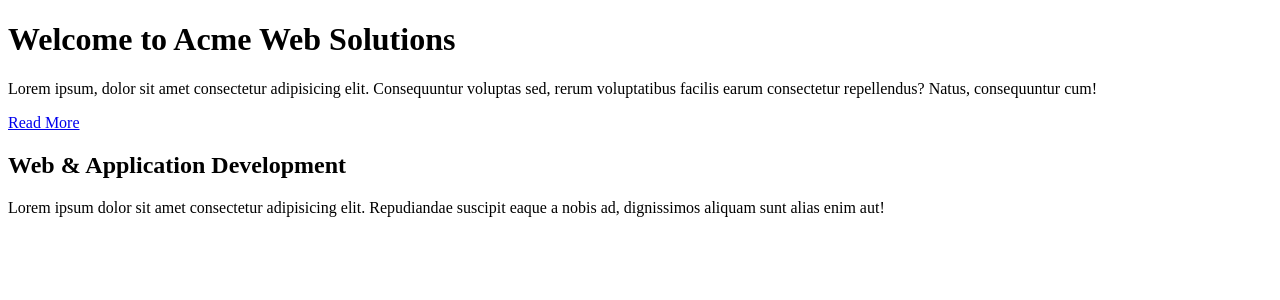
Repository: ErikBaer/MobileFirst
Page: index.html
An editor plug-in stored every save of this project. The page is shown before and after the next save, followed by the edit.
The browser window is 1280 px wide. The pictures show the whole page.

Above is the page before, as saved 2020-02-15 02:04:31.

### index.html
<!DOCTYPE html>
<html lang="en">
<head>
    <meta charset="UTF-8">
    <meta name="viewport" content="width=device-width, initial-scale=1.0">
    <title>Acme Web Solutions</title>
</head>
<body>
    <!--Header Showcase -->
   <header id="showcase" class="grid">
    <div class="bg-image"></div>
    <h1>Welcome to Acme Web Solutions</h1>
    <p>Lorem ipsum, dolor sit amet consectetur adipisicing elit.
         Consequuntur voluptas sed, rerum voluptatibus facilis
         earum consectetur repellendus? Natus, consequuntur cum!
        </p>
    <a href="#section-b" class="btn">Read More</a>
</header>

<!-- Main Area -->
<main id="main">
    <section id="section-a" class="grid">
        <div class="content-wrap">
            <h2 class="content-title">Web & Application Development</h2>
            <p>Lorem ipsum dolor sit amet consectetur adipisicing elit.
                Repudiandae suscipit eaque a nobis ad, dignissimos aliquam
                 sunt alias enim aut!</p>
        </div>

    </section>
</main>
</body>
</html>

After the next save:
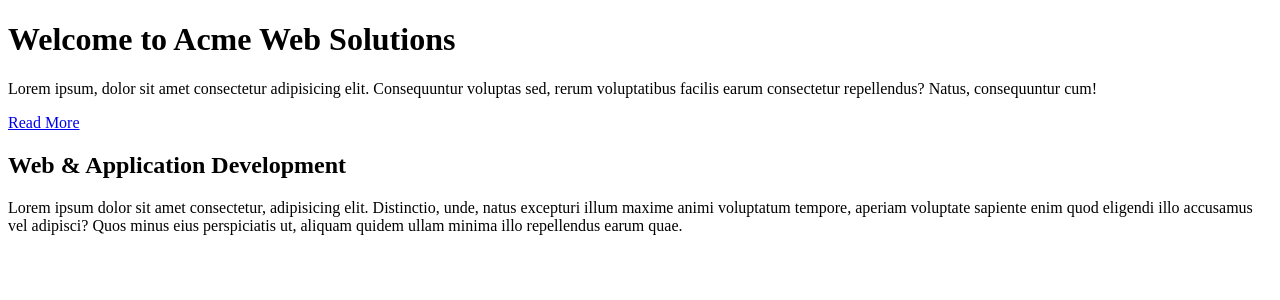
Saved 18 s later.
--- a/index.html
+++ b/index.html
@@ -22,9 +22,7 @@
     <section id="section-a" class="grid">
         <div class="content-wrap">
             <h2 class="content-title">Web & Application Development</h2>
-            <p>Lorem ipsum dolor sit amet consectetur adipisicing elit.
-                Repudiandae suscipit eaque a nobis ad, dignissimos aliquam
-                 sunt alias enim aut!</p>
+            <p>Lorem ipsum dolor sit amet consectetur, adipisicing elit. Distinctio, unde, natus excepturi illum maxime animi voluptatum tempore, aperiam voluptate sapiente enim quod eligendi illo accusamus vel adipisci? Quos minus eius perspiciatis ut, aliquam quidem ullam minima illo repellendus earum quae.</p>
         </div>
 
     </section>
